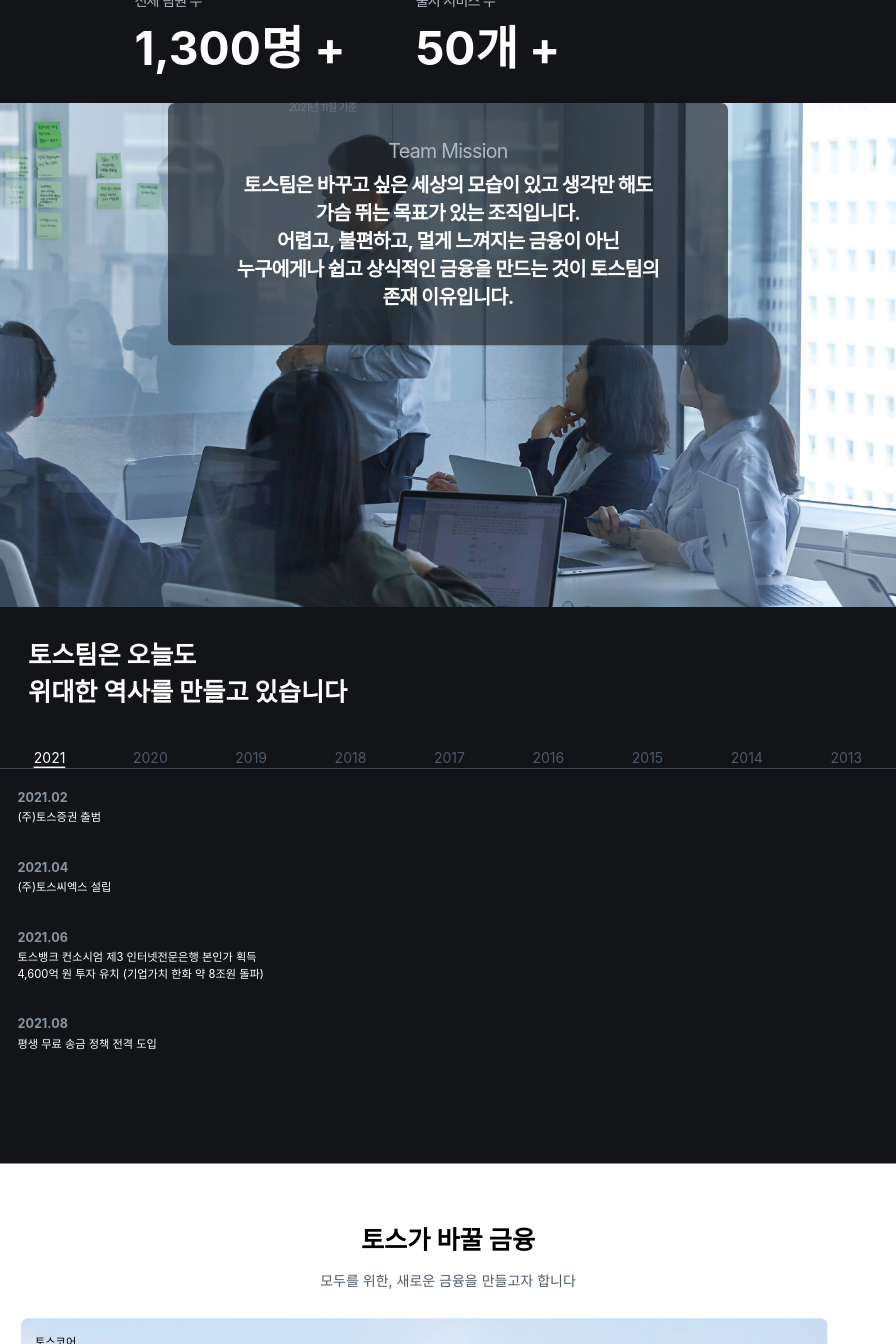
Repository: Tossproject/tossProject
Page: common/intro.html
An editor plug-in stored every save of this project. The page is shown before and after the next save, followed by the edit.
The browser window is 1280 px wide. The pictures show the part of the page from y = 1293 to 3213 px (the page is 8412 px tall), at 70% of full size.
A picture or video elsewhere on the page could not be fetched, so the positions and the page height are approximate.

Above is the page before, as saved 2022-01-09 11:37:19.

### common/intro.html
<!DOCTYPE html>
<html lang="ko">

<head>
    <meta charset="UTF-8">
    <meta http-equiv="X-UA-Compatible" content="IE=edge">
    <meta name="viewport" content="width=device-width, initial-scale=1.0">
    <title>토스팀 소개</title>
    <link rel="stylesheet" href="../css/common.css">
    <link rel="shortcut icon" href="https://static.toss.im/tds/favicon/favicon.ico">
    <link rel="stylesheet" href="../css/intro.css">
    <link rel="stylesheet" href="https://use.fontawesome.com/releases/v5.15.4/css/all.css" integrity="sha384-DyZ88mC6Up2uqS4h/KRgHuoeGwBcD4Ng9SiP4dIRy0EXTlnuz47vAwmeGwVChigm" crossorigin="anonymous">
</head>
</head>

<body>
    <div class="container">
        <!-- header -->
        <header>
            <nav class="toss_nav">
                <div class="navicon">
                    <a href="#" class="logo"><img src="../images/logo.svg" alt="toss"></a>
                    <div class="trigger">
                        <span class="icon"></span>
                        <span class="icon2"></span>
                    </div>
                </div>
                <ul>
                    <li><a href="#">회사 소개</a></li>
                    <li><a href="#">고객 센터</a></li>
                    <li><a href="#">자주 묻는 질문</a></li>
                    <li><a href="#">공동인증서 관리</a></li>
                    <li><a href="#">채용</a></li>
                </ul>
            </nav>
        </header>
        <!--섹션 1-->
        <section>
            <div class="first-section">
                <div class="txt">
                   <p> 금융, 그 이상의<br>역사를 만들고 있습니다<br></p>
                    <i class="fas fa-chevron-down"></i>
                </div>
            </div>
        </section>

        <!--섹션 2-->
        <section>
            <div class="second-section">
                <h4>변화를 열망하는 사람들이 모여,<br>역사에 남을만한 변화를 만듭니다.</h4>
                <ul>
                    <li>
                        <p>누적 가입자 수</p>
                        <h3>2,100만 +</h3>
                    </li>
                    <li class="mr">
                        <p>누적 투자금액</p>
                        <h3>1조원 +</h3>
                    </li>
                    <li>
                        <p>전체 팀원 수</p>
                        <h3>1,300명 +</h3>
                    </li>
                    <li class="mr">
                        <p>출시 서비스 수</p>
                        <h3>50개 +</h3>
                    </li>
                    <li class="pl">
                        <span>2021년 11월 기준</span>
                    </li>
                </ul>
            </div>
        </section>

        <!--섹션 3-->
        <section>
            <div class="third-section">
                <div class="modal">
                    <h4>Team Mission</h4>
                    <p>토스팀은 바꾸고 싶은 세상의 모습이 있고 생각만 해도<br>가슴 뛰는 목표가 있는 조직입니다. <br>어렵고, 불편하고, 멀게 느껴지는 금융이 아닌<br>누구에게나 쉽고 상식적인 금융을 만드는 것이 토스팀의 존재 이유입니다.</p>
                </div>
            </div>
        </section>

        <!--섹션 4-->
        <section>
            <div class="fourth-section">
                <h3>토스팀은 오늘도 <br>위대한 역사를 만들고 있습니다</h3>
                <ul class="year-tab">
                    <li class="year-active">2021</li>
                    <li>2020</li>
                    <li>2019</li>
                    <li>2018</li>
                    <li>2017</li>
                    <li>2016</li>
                    <li>2015</li>
                    <li>2014</li>
                    <li>2013</li>
                </ul>
                <div class="annual-contents">
                    <ul>
                        <li>
                            <span>2021.02</span>
                            <p>(주)토스증권 출범</p>
                        </li>
                        <li>
                            <span>2021.04</span>
                            <p>(주)토스씨엑스 설립</p>
                        </li>
                        <li>
                            <span>2021.06</span>
                            <p>토스뱅크 컨소시엄 제3 인터넷전문은행 본인가 획득<br>4,600억 원 투자 유치 (기업가치 한화 약 8조원 돌파)</p>
                        </li>
                        <li>
                            <span>2021.08</span>
                            <p>평생 무료 송금 정책 전격 도입</p>
                        </li>
                    </ul>
                </div>
            </div>
        </section>

        <!--섹션 5-->
        <section>
            <div class="fifth-section">
                <div class="finance">
                    <h3>토스가 바꿀 금융</h3>
                    <p>모두를 위한, 새로운 금융을 만들고자 합니다</p>
                </div>
                <ul>
                    <li>
                        <div class="contents core">
                            <p>토스코어</p>
                            <h4>상식적인 금융 서비스는 <br>삶을 윤택하게 합니다</h4>
                            <i class="fas fa-plus-circle fa-lg"></i>
                        </div>
                    </li>
                    <li>
                        <div class="contents stock">
                            <p>토스증권</p>
                            <h4>투자, 쉽게 시작하고 즐길 수<br>있는 문화가 됩니다</h4>
                            <i class="fas fa-plus-circle fa-lg"></i>
                        </div>
                    </li>
                    <li>
                        <div class="contents pay">
                            <p>토스페이먼츠</p>
                            <h4>결제산업의 새로운 미래를 <br>제시합니다</h4>
                            <i class="fas fa-plus-circle fa-lg"></i>
                        </div>
                    </li>
                    <li>
                        <div class="contents insure">
                            <p>토스인슈어런스</p>
                            <h4>궁극적인 목표는 <br>고객이 만족하는 것</h4>
                            <i class="fas fa-plus-circle fa-lg"></i>
                        </div>
                    </li>
                    <li>
                        <div class="contents bank">
                            <p>토스뱅크</p>
                            <h4>포용과 혁신의 은행을 <br>지향합니다</h4>
                            <i class="fas fa-plus-circle fa-lg"></i>
                        </div>
                    </li>
                    <li>
                        <div class="contents c-ex">
                            <p>토스씨엑스</p>
                            <h4>고객 경험을 <br>최우선으로 생각합니다</h4>
                            <i class="fas fa-plus-circle fa-lg"></i>
                        </div>
                    </li>
                </ul>
            </div>
        </section>

        <!--섹션 6-->
        <section>
            <div class="sixth-section">
                <h3>세계적인 투자자들이 <br>토스팀과 함께합니다</h3>
                <div class="investor">
                    <img src="../images/logo-aspex.jpg" alt="ASPEX MANAGEMENT">
                    <img src="../images/logo-bessemer.jpg" alt="Bessemer Venture Partners">
                    <img src="../images/logo-paypal.jpg" alt="PayPal">
                    <img src="../images/logo-goodwater.jpg" alt="GOODWATER CAPITAL">
                    <img src="../images/logo-kp.jpg" alt="KLEINER PERKINS">
                    <img src="../images/logo-altos.jpg" alt="ALTOS VENTURES">
                    <img src="../images/logo-gic.jpg" alt="GIC">
                    <img src="../images/logo-ribbit.jpg" alt="Ribbit Capital">
                </div>
            </div>
        </section>

        <!--섹션 7-->
        <section>
            <div class="seventh-section">
                <h3>언론 속의 토스</h3>
                <nav>
                    <ul>
                        <li class="news-active">2021</li>
                        <li>2020</li>
                        <li>2019</li>
                        <li>2018</li>
                        <li>2017</li>
                    </ul>
                </nav>
                <div class="news-contents">
                    <ul>
                        <li>
                            <a href="https://www.hankyung.com/economy/article/2021062395441">
                                <p><span>한국경제</span> 2021.06</p>
                                <h4>토스, 기업가치 8조로... '데카콘' 눈앞</h4>
                            </a>
                        </li>
                        <li>
                            <a href="https://www.mk.co.kr/news/economy/view/2021/06/558615">
                                <p><span>매일경제</span> 2021.06</p>
                                <h4>"학생 주부도 맘놓고 대출" 9월 문여는 토스뱅크, 중저신용자 대출 승부수</h4>
                            </a>
                        </li>
                        <li>
                            <a href="https://www.chosun.com/economy/stock-finance/2021/06/10/IRKKDBHR6NDEHAS6XPORIJ7Q24/?utm_source=naver&utm_medium=referral&utm_campaign=naver-news">
                                <p><span>조선일보</span> 2021.06</p>
                                <h4>20대 80% 쓰는 토스, 은행된다... "세계 첫 슈퍼 금융앱 기대하라"</h4>
                            </a>
                        </li>
                        <li>
                            <a href="https://www.edaily.co.kr/news/read?newsId=02414086629013496&mediaCodeNo=257&OutLnkChk=Y">
                                <p><span>이데일리</span> 2021.04</p>
                                <h4>토스, 지난해 매출 4000억 육박 ... "올해 매출 1조원 도전"</h4>
                            </a>
                        </li>
                        <li>
                            <a href="https://www.sedaily.com/NewsView/22ILDBO5VD">
                                <p><span>서울경제</span> 2021.02</p>
                                <h4>'토스가 핀테크 유니콘 되기까지' 오리지널 다큐멘터리 공개</h4>
                            </a>
                        </li>
                        <li>
                            <a href="http://news.heraldcorp.com/view.php?ud=20210203000264">
                                <p><span>헤럴드경제</span> 2021.02</p>
                                <h4>'모바일·초보·밀레니얼' 3박자 갖춘 토스증권 출범</h4>
                            </a>
                        </li>
                    </ul>
                </div>
                <button type="button">공식 보도자료 보기</button>
            </div>
        </section>

        <!-- footer -->
        <footer>
            <div class="footerbox">

                <!-- footer_top -->
                <div class="footer_top">
                    <ul class="list_service">
                        <li class="title">서비스</li>
                        <li><a href="#">공지사항</a></li>
                        <li><a href="#">자주 묻는 질문</a></li>
                        <li><a href="#">공동인증서 관리</a></li>
                        <li><a href="#">계정 일시잠금</a></li>
                        <li><a href="#">고객센터</a></li>
                        <li><a href="#">브랜드리소스센터</a></li>
                    </ul>
                    <ul class="list_company">
                        <li class="title">회사</li>
                        <li><a href="#">회사 소개</a></li>
                        <li><a href="#">토스페이먼츠</a></li>
                        <li><a href="#">토스인슈어런스</a></li>
                        <li><a href="#">토스증권</a></li>
                        <li><a href="#">토스씨엑스</a></li>
                        <li><a href="#">토스뱅크</a></li>
                        <li><a href="#">채용</a></li>
                        <li><a href="#">블로그</a></li>
                        <li><a href="#">공고</a></li>
                    </ul>
                    <ul class="list_inquire">
                        <li class="title">문의</li>
                        <li><a href="#">사업 제휴</a></li>
                        <li><a href="#">광고 문의</a></li>
                        <li><a href="#">인증 사업 문의</a></li>
                        <li><a href="#">마케팅·PR</a></li>
                        <li><a href="#">IR</a></li>
                    </ul>
                    <ul class="list_center">
                        <li class="title">고객센터</li>
                        <li><a href="#">전화: 1599-49-5 (24시간 연중무휴)</a></li>
                        <li><a href="#">이메일(고객전용): support@toss.im</a></li>
                        <li><a href="#">이메일(외부기관전용): support-af@toss.im</a></li>
                        <li><a href="#">민원 접수</a></li>
                    </ul>
                </div>

                <!-- footer_bottom -->
                <div class="footer_bottom">
                    <!-- footer_bottom_infobox -->
                    <div class="infobox">
                        <p><strong>(주)비바리퍼블리카</strong></p>
                        <p>
                            사업자 등록번호 : 120-88-01280 | 대표 : 이승건<br>
                            호스팅 서비스 : 주식회사 비바리퍼블리카 | 통신판매업 신고번호 : 2014-서울강남-03377 <a href="#">사업자정보확인</a><br>
                            06236 서울특별시 강남구 테헤란로 142, 12층 (역삼동, 아크플레이스)<br>
                            고객센터 : 서울특별시 강남구 테헤란로 133, 8층 (역삼동, 한국타이어빌딩)
                        </p>
                    </div>

                    <!-- footer_bottom_smaillListbox -->
                    <div class="smallListbox">
                        <ul class="smallList">
                            <li><a href="#">서비스 이용약관</a></li>
                            <li><a href="#">통합 금융정보 서비스 약관</a></li>
                            <li><a href="#">이용자의 권리 및 유의사항</a></li>
                            <li><a href="#"><strong>개인정보 처리방침</strong></a></li>
                            <li><a href="#"><strong>채용팀 개인정보 처리방침</strong></a></li>
                            <li><a href="#">영상정보처리기기 운영 관리 방침</a></li>
                            <li><a href="#">위치기반서비스 이용약관</a></li>
                            <li><a href="#">가맹점 고지사항</a></li>
                            <li><a href="#">토스 전자서명인증업무준칙</a></li>
                            <li><a href="#">토스인증 서비스 약관</a></li>
                            <li><a href="#">금융소비자보호</a></li>
                        </ul>
                    </div>

                    <!-- footer_bottom_snsbox -->
                    <div class="snsbox">
                        <ul class="sns">
                            <li><a href="#"><img src="../images/icn-facebook.svg"></a></li>
                            <li><a href="#"><img src="../images/icn-blog.svg"></a></li>
                            <li><a href="#"><img src="../images/icn-naver.svg"></a></li>
                            <li><a href="#"><img src="../images/icn-twitter.svg"></a></li>
                            <li><a href="#"><img src="../images/icn-instagram.svg"></a></li>
                        </ul>
                    </div>
                </div>
            </div>
        </footer>
    </div>

    <script src="https://code.jquery.com/jquery-3.6.0.min.js"
        integrity="sha256-/xUj+3OJU5yExlq6GSYGSHk7tPXikynS7ogEvDej/m4=" crossorigin="anonymous"></script>
    <script>
        /* nav */
        $(".trigger").on("click", function () {

            if ($(".icon2").css("display") == "none") {
                $(".icon2").css("display", "block").css("backgroundSize", "100% 21px").css("transform", "translate(-50%, -50%) rotate(45deg)");
                $(".icon").css("backgroundSize", "100% 21px").css("transform", "translate(15%, 71%) rotate(-45deg)");
                $(".toss_nav ul").slideDown(300, "swing");

            } else if ($(".icon2").css("display") == "block") {
                $(".icon2").css("display", "none");
                $(".icon").css("backgroundSize", "100% 8px").css("transform", "none");
                $(".toss_nav ul").slideUp(300, "swing");
            }
        });
    /* nav */
    </script>
</body>

</html>

### css/intro.css
.first-section {
  background: url("../images/intro1.jpg") no-repeat center;
  background-size: cover;
  width: 100vw;
  height: 100vh;
  color: white;
  position: relative;
}

.first-section .txt {
  font-size: 36px;
  font-weight: bold;
  text-align: center;
  position: absolute;
  bottom: 0;
  right: 0;
  margin-right: 30%;
  margin-bottom: 200px;
}

.first-section .txt i {
  margin-top: 40px;
}

.second-section {
  background: #131418;
  color: white;
  height: 100vh;
  padding: 200px 0;
}

.second-section h4 {
  text-align: center;
  font-size: 28px;
  margin-bottom: 100px;
}

.second-section ul {
  margin-left: 5%;
}

.second-section ul li {
  margin-bottom: 30px;
}

.second-section p {
  color: #b0b8c1;
  letter-spacing: -1px;
  font-size: 17px;
}

.second-section h3 {
  font-size: 40px;
}

.second-section span {
  color: #6b7684;
  font-size: 15px;
  letter-spacing: -1px;
}

.third-section {
  width: 100vw;
  height: 100vh;
  background: url("../images/intro2.jpg") no-repeat center;
  background-size: cover;
}

.third-section .modal {
  background: rgba(26, 30, 36, 0.65);
  width: 90%;
  margin: 0 auto;
  border-radius: 10px;
  padding: 40px 15px;
  text-align: center;
  color: white;
  font-size: 20px;
  font-weight: bold;
  letter-spacing: -1px;
}

.third-section h4 {
  color: #b0b8c1;
  font-weight: normal;
  margin-bottom: 10px;
}

@media screen and (min-width: 768px) {
  .first-section .txt {
    font-size: 72px;
    font-weight: bold;
    text-align: center;
    position: absolute;
    bottom: 0;
    right: 0;
    margin-left: 20%;
    margin-bottom: 200px;
  }
  .first-section .txt p {
    margin-bottom: 100px;
  }
  .first-section .txt i {
    font-size: 36px;
  }

  .second-section h4,
  .second-section ul {
    max-width: 1200px;
  }
  .second-section h4 {
    text-align: left;
    margin-left: 15%;
    font-size: 36px;
  }
  .second-section ul {
    display: flex;
    flex-wrap: wrap;
    margin-left: 15%;
  }
  .second-section li {
    margin-right: 100px;
  }
  .second-section p {
    font-size: 20px;
  }
  .second-section h3 {
    font-size: 66px;
  }
  .second-section li.mr {
    margin-right: 400px;
  }
  .second-section li.pl {
    padding-left: 220px;
  }

  .third-section .modal {
    width: 800px;
    padding: 4% 7.5%;
    font-size: 28px;
    margin: 0 auto;
  }
}

.fourth-section {
  background: #121417;
  color: white;
  padding-bottom: 100px;
}

.fourth-section h3 {
  font-size: 36px;
  padding: 40px;
  margin-bottom: 20px;
}

ul.year-tab {
  display: flex;
  justify-content: space-around;
  border-bottom: 1px solid rgb(78, 89, 104);
  margin-bottom: 20px;
}

ul.year-tab li {
  font-size: 20px;
  color: rgb(78, 89, 104);
}

ul.year-tab li.year-active {
  color: white;
  border-bottom: 2px solid white;
}
.annual-contents {
  padding: 10px 25px;
}

.annual-contents li {
  margin-bottom: 50px;
}

.annual-contents span {
  color: rgb(139, 149, 161);
  font-size: 18px;
  font-weight: bold;
}

.annual-contents p {
  margin-top: 5px;
}

.fifth-section {
  width: 100vw;
  height: auto;
  padding: 80px 0;
}

.fifth-section li {
  padding-left: 15px;
}

.fifth-section .finance h3 {
  font-size: 36px;
  text-align: center;
  margin-bottom: 20px;
}

.fifth-section .finance p {
  font-size: 20px;
  text-align: center;
  color: #4e5968;
  margin-bottom: 40px;
}

.fifth-section li .contents {
  background-size: cover;
  margin-left: 15px;
  width: 90vw;
  height: 400px;
  border-radius: 10px;
  padding: 20px;
  margin-bottom: 10px;
}

.fifth-section li .core {
  background: url("../images/intro3.jpg") no-repeat center;
  background-size: cover;
}

li .contents h4 {
  color: #333d4b;
  font-size: 28px;
  letter-spacing: -1px;
  margin-top: 15px;
  margin-bottom: 15px;
}

.fifth-section li .stock {
  background: url("../images/intro4.jpg") no-repeat center;
}

.fifth-section li .pay {
  background: url("../images/intro5.jpg") no-repeat center;
}

.fifth-section li .insure {
  background: url("../images/intro6.jpg") no-repeat center;
}

.fifth-section li .bank {
  background: url("../images/intro7.jpg") no-repeat center;
}

.fifth-section li .c-ex {
  background: url("../images/intro8.jpg") no-repeat left center;
}

.sixth-section {
  width: 100vw;
  background-color: #f9fafb;
  padding: 50px 20px;
}

.sixth-section .investor {
  display: flex;
  flex-wrap: wrap;
  justify-content: space-between;
  margin-top: 30px;
}

.sixth-section img {
  width: 180px;
  height: 80px;
  display: block;
}

.sixth-section h3 {
  font-size: 32px;
  text-align: center;
}

.seventh-section {
  padding: 100px 50px;
}

.seventh-section h3 {
  font-size: 32px;
  text-align: center;
  padding: 20px 0;
}

.seventh-section nav ul {
  display: flex;
  font-size: 20px;
  font-weight: bold;
  color: #4e5968;
  margin-bottom: 30px;
}

.seventh-section nav ul li {
  margin-right: 10px;
  padding: 10px 15px;
}

.seventh-section nav ul li.news-active {
  background-color: #f2f4f6;
  border-radius: 20px;
  color: black;
}

.news-contents {
  margin-top: 70px;
}

.news-contents span {
  color: rgb(49, 130, 246);
  margin-right: 10px;
  font-weight: bold;
  letter-spacing: -1px;
}

.news-contents p {
  font-size: 14px;
  color: rgb(176, 184, 193);
  font-weight: 500;
}

.news-contents h4 {
  color: rgb(51, 61, 75);
  padding: 7px 0;
  margin-bottom: 40px;
  font-size: 20px;
}

.news-contents li {
  border-bottom: 1px solid rgba(69, 79, 93, 0.07);
  margin-bottom: 30px;
}

.seventh-section button {
  display: block;
  padding: 15px;
  margin: 0 auto;
  border-radius: 8px;
  border: none;
  margin-top: 70px;
  font-size: 15px;
  font-weight: bold;
  color: #4e5968;
  cursor: pointer;
}

Loaded but not shown: css/common.css (370 lines, source omitted)

After the next save:
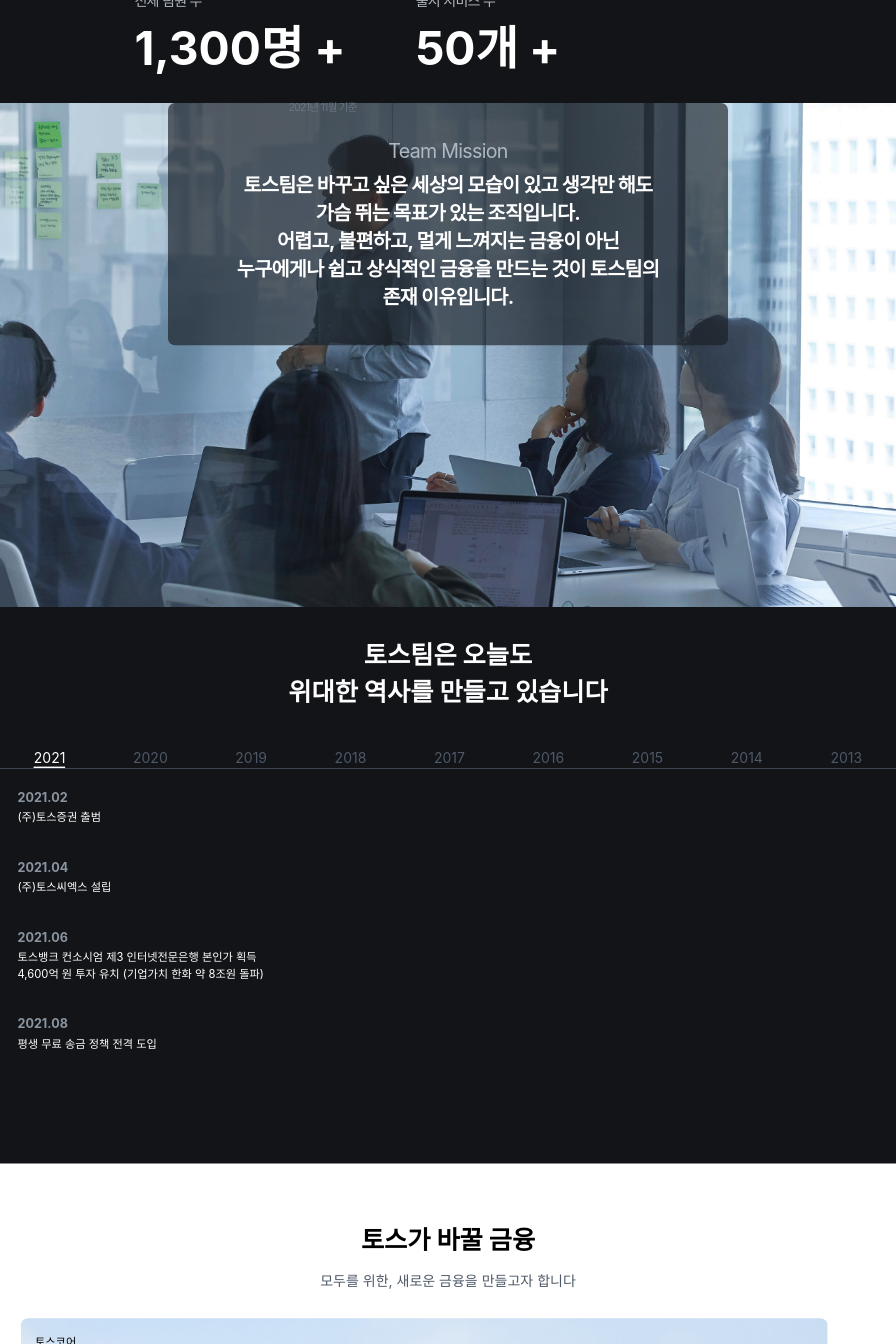
Saved 90 s later.
--- a/css/intro.css
+++ b/css/intro.css
@@ -83,6 +83,52 @@
   color: #b0b8c1;
   font-weight: normal;
   margin-bottom: 10px;
+}
+
+.fourth-section {
+  background: #121417;
+  color: white;
+  padding-bottom: 100px;
+}
+
+.fourth-section h3 {
+  font-size: 36px;
+  padding: 40px;
+  margin-bottom: 20px;
+}
+
+ul.year-tab {
+  display: flex;
+  justify-content: space-around;
+  border-bottom: 1px solid rgb(78, 89, 104);
+  margin-bottom: 20px;
+}
+
+ul.year-tab li {
+  font-size: 20px;
+  color: rgb(78, 89, 104);
+}
+
+ul.year-tab li.year-active {
+  color: white;
+  border-bottom: 2px solid white;
+}
+.annual-contents {
+  padding: 10px 25px;
+}
+
+.annual-contents li {
+  margin-bottom: 50px;
+}
+
+.annual-contents span {
+  color: rgb(139, 149, 161);
+  font-size: 18px;
+  font-weight: bold;
+}
+
+.annual-contents p {
+  margin-top: 5px;
 }
 
 @media screen and (min-width: 768px) {
@@ -139,52 +185,10 @@
     font-size: 28px;
     margin: 0 auto;
   }
-}
-
-.fourth-section {
-  background: #121417;
-  color: white;
-  padding-bottom: 100px;
-}
-
-.fourth-section h3 {
-  font-size: 36px;
-  padding: 40px;
-  margin-bottom: 20px;
-}
-
-ul.year-tab {
-  display: flex;
-  justify-content: space-around;
-  border-bottom: 1px solid rgb(78, 89, 104);
-  margin-bottom: 20px;
-}
-
-ul.year-tab li {
-  font-size: 20px;
-  color: rgb(78, 89, 104);
-}
-
-ul.year-tab li.year-active {
-  color: white;
-  border-bottom: 2px solid white;
-}
-.annual-contents {
-  padding: 10px 25px;
-}
-
-.annual-contents li {
-  margin-bottom: 50px;
-}
-
-.annual-contents span {
-  color: rgb(139, 149, 161);
-  font-size: 18px;
-  font-weight: bold;
-}
-
-.annual-contents p {
-  margin-top: 5px;
+
+  .fourth-section h3 {
+    text-align: center;
+  }
 }
 
 .fifth-section {
